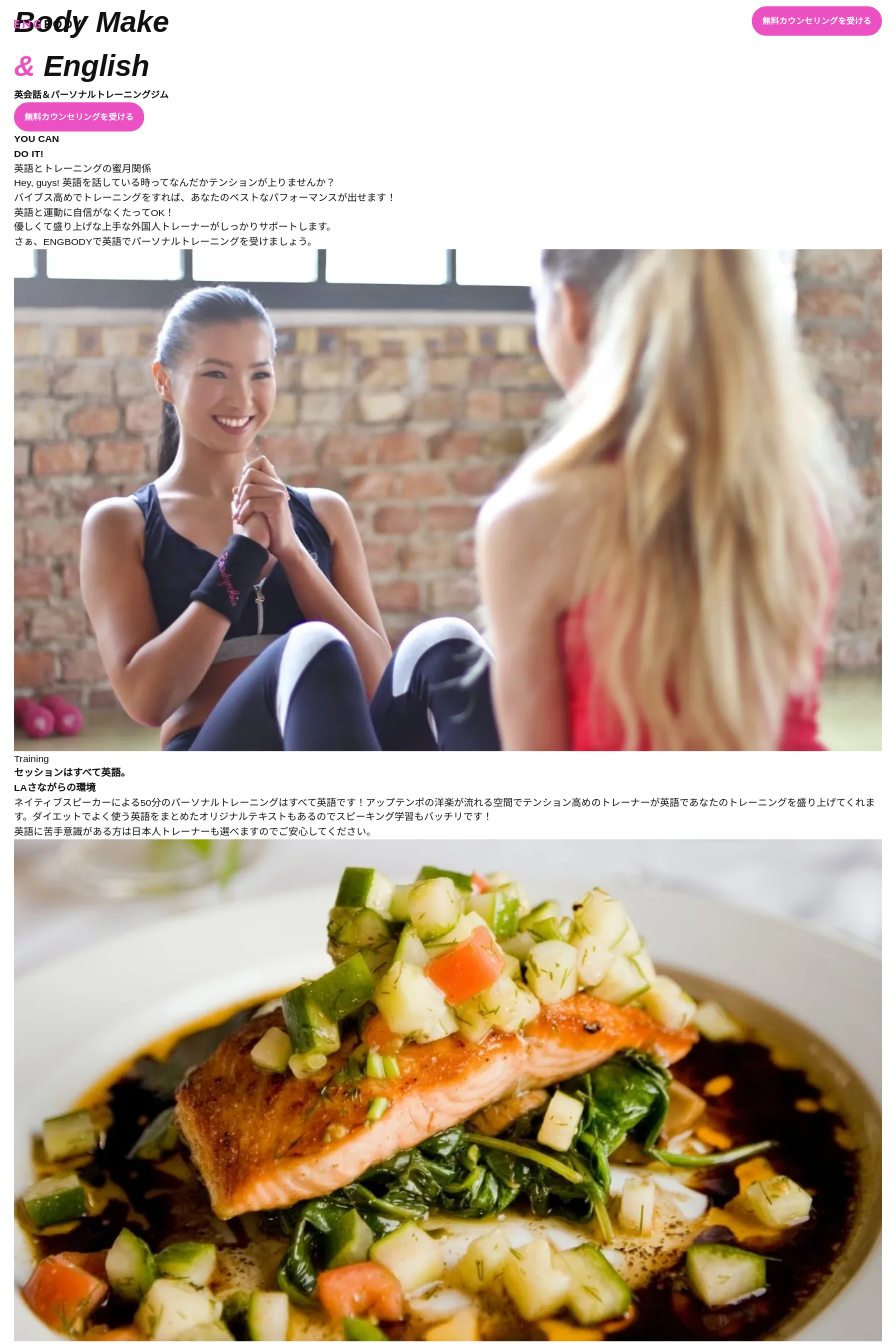
Repository: tetishi/engbody
Page: index.html
An editor plug-in stored every save of this project. The page is shown before and after a run of saves, followed by the edit.
The browser window is 1280 px wide. The pictures show the part of the page from y = 0 to 1920 px (the page is 12113 px tall before and 12125 px after), at 70% of full size.
The style sheet was rebuilt from its Sass, Less or Tailwind sources for each picture, by a compiler version that may differ from the author's.

Above is the page before, as saved 2023-07-25 17:06:12.

After the next 2 saves:
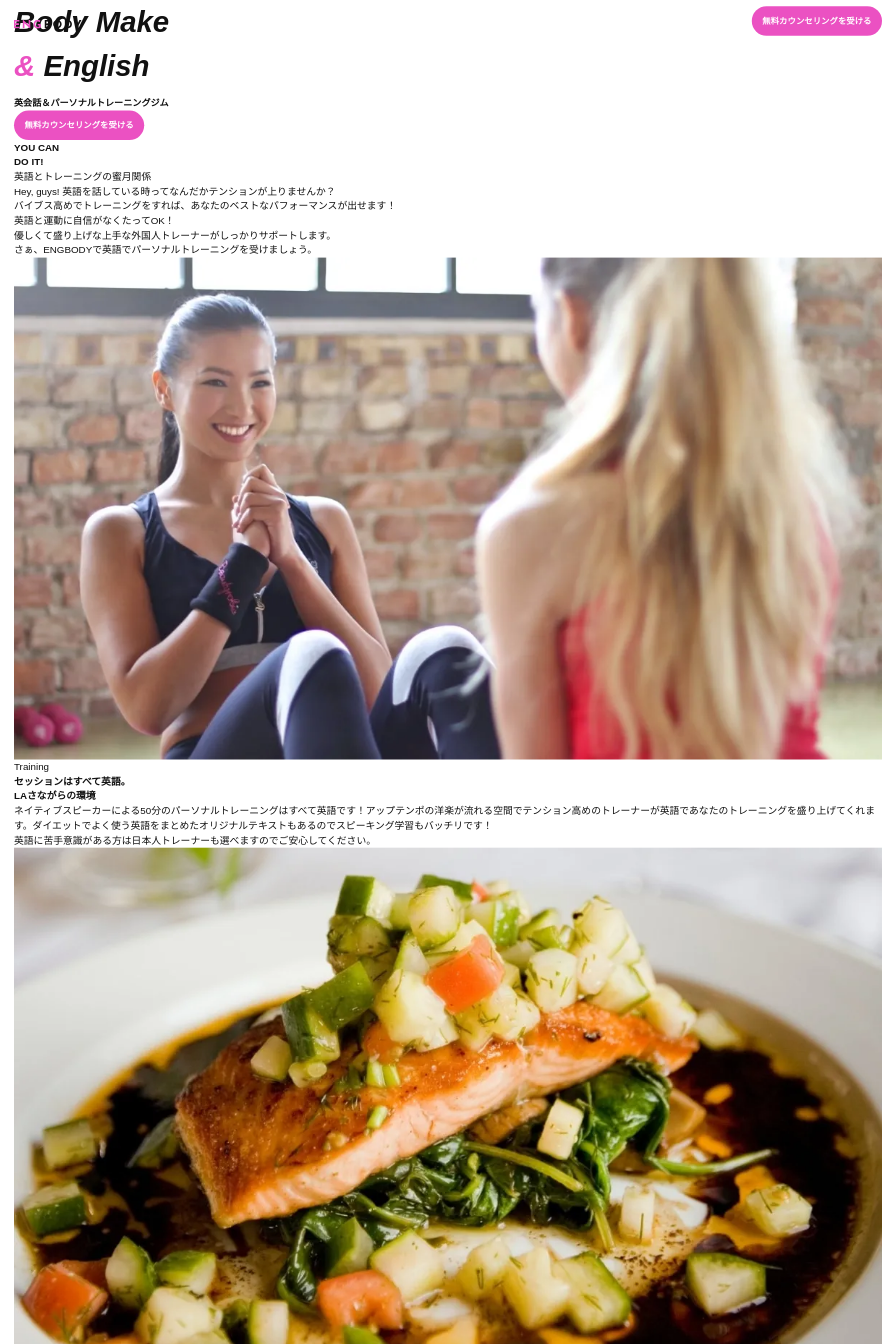
The 2 saves are shown as one change because they came seconds apart.
The last was saved 23 s later.
--- a/css/style.scss
+++ b/css/style.scss
@@ -77,4 +77,5 @@
 .page-title-bottom {
     font-size: 1.3rem;
     font-weight: bold;
+    margin-top: 12px;
 }

After the 2 saves that followed:
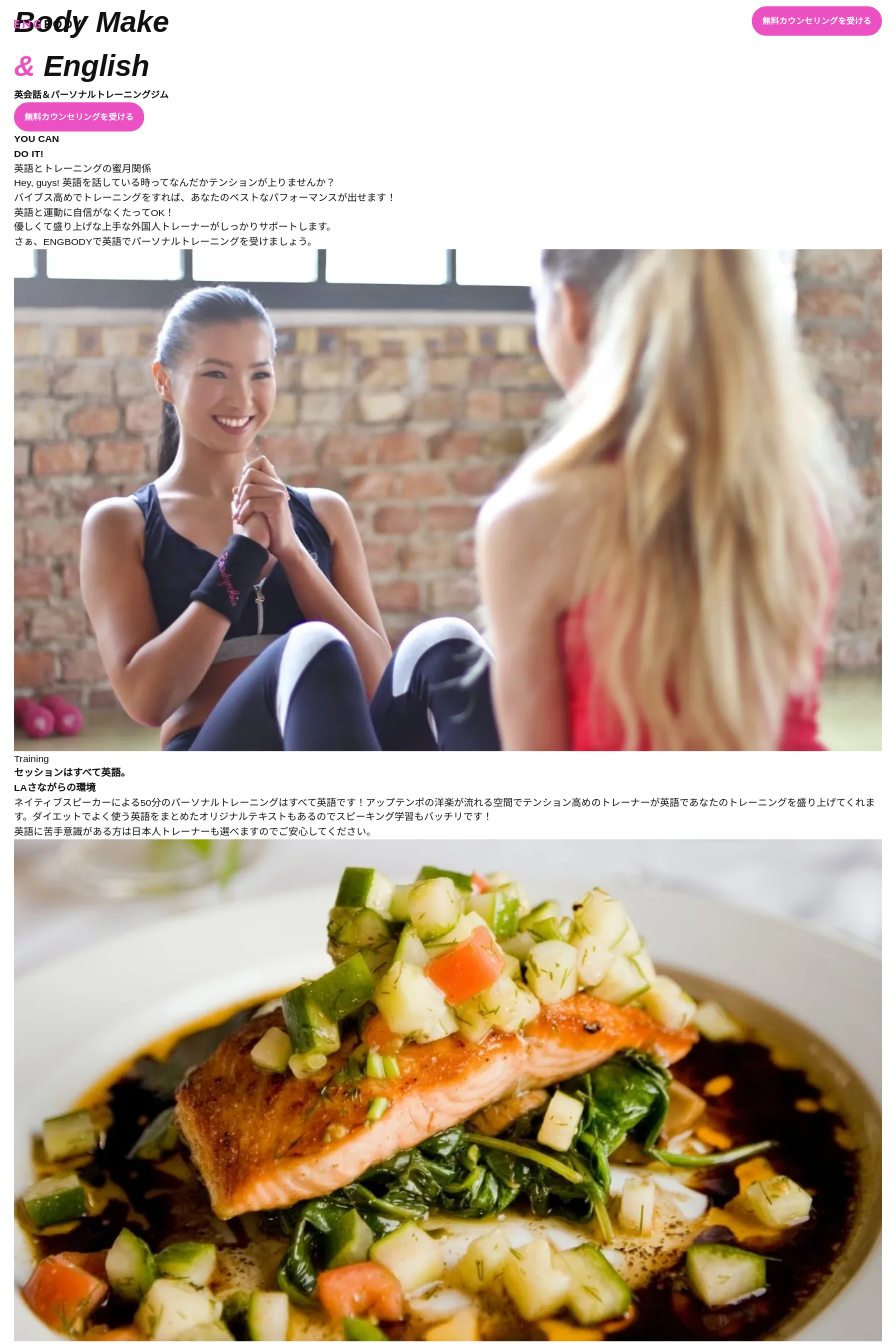
The 2 saves are shown as one change because they came seconds apart.
The last was saved 22 s later.
--- a/css/style.scss
+++ b/css/style.scss
@@ -77,5 +77,5 @@
 .page-title-bottom {
     font-size: 1.3rem;
     font-weight: bold;
-    margin-top: 12px;
+    margin-top: 12px 0 19px;
 }
